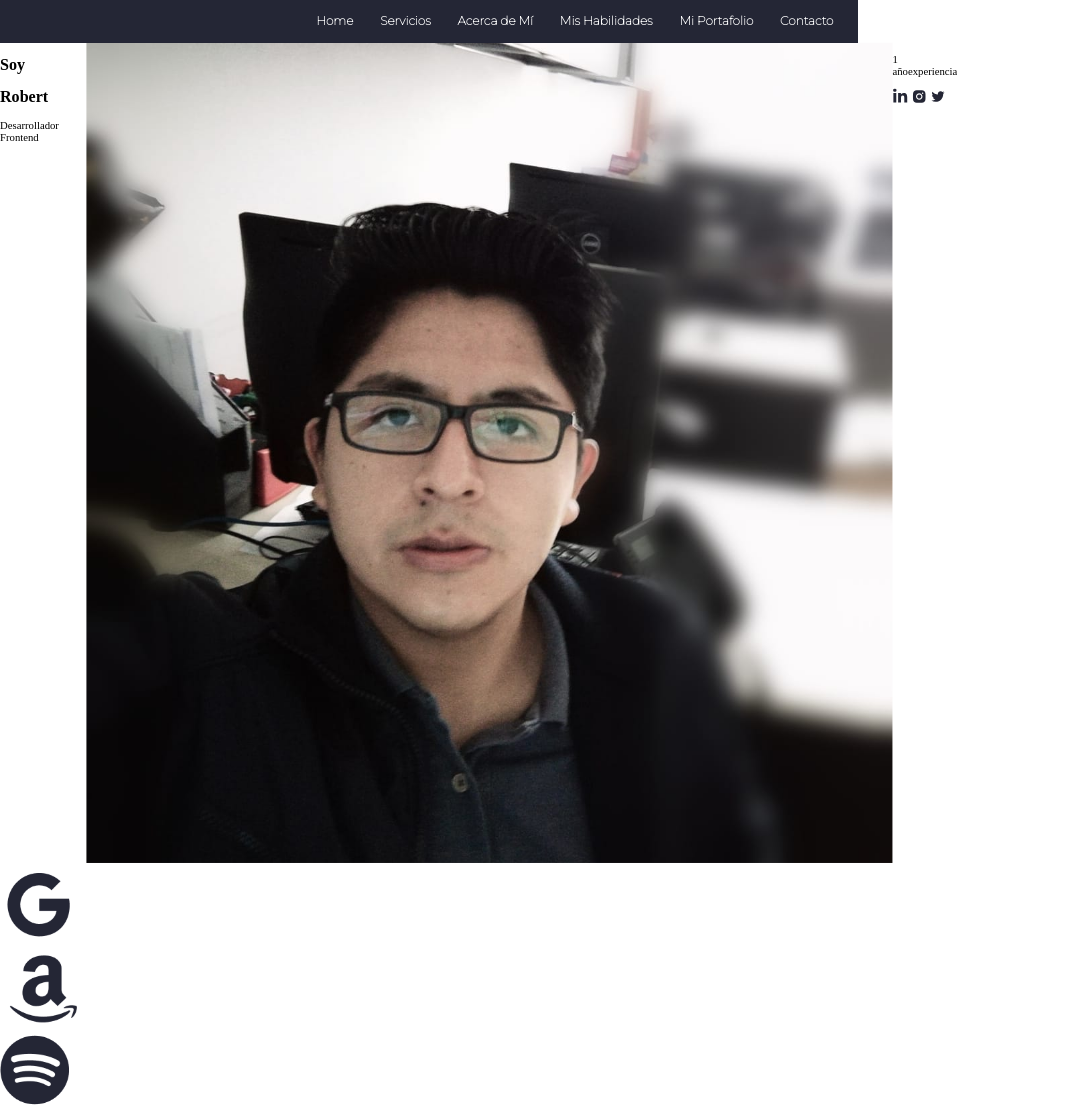
Repository: RobertAries28/PortafolioRobertEscalanteGomez2022
Page: index.html
These files come from the project's save history. The page is drawn as it stood at one moment and after the next save; the edit follows.
The browser window is 1280 px wide. The page is 1429 px wide, then 1629 px, so the pictures cover 1629 px, including what lies to the right of the window. The pictures show the whole page, at 67% of full size.

Above is the page before, as saved 2022-02-15 10:42:12.

After the next save:
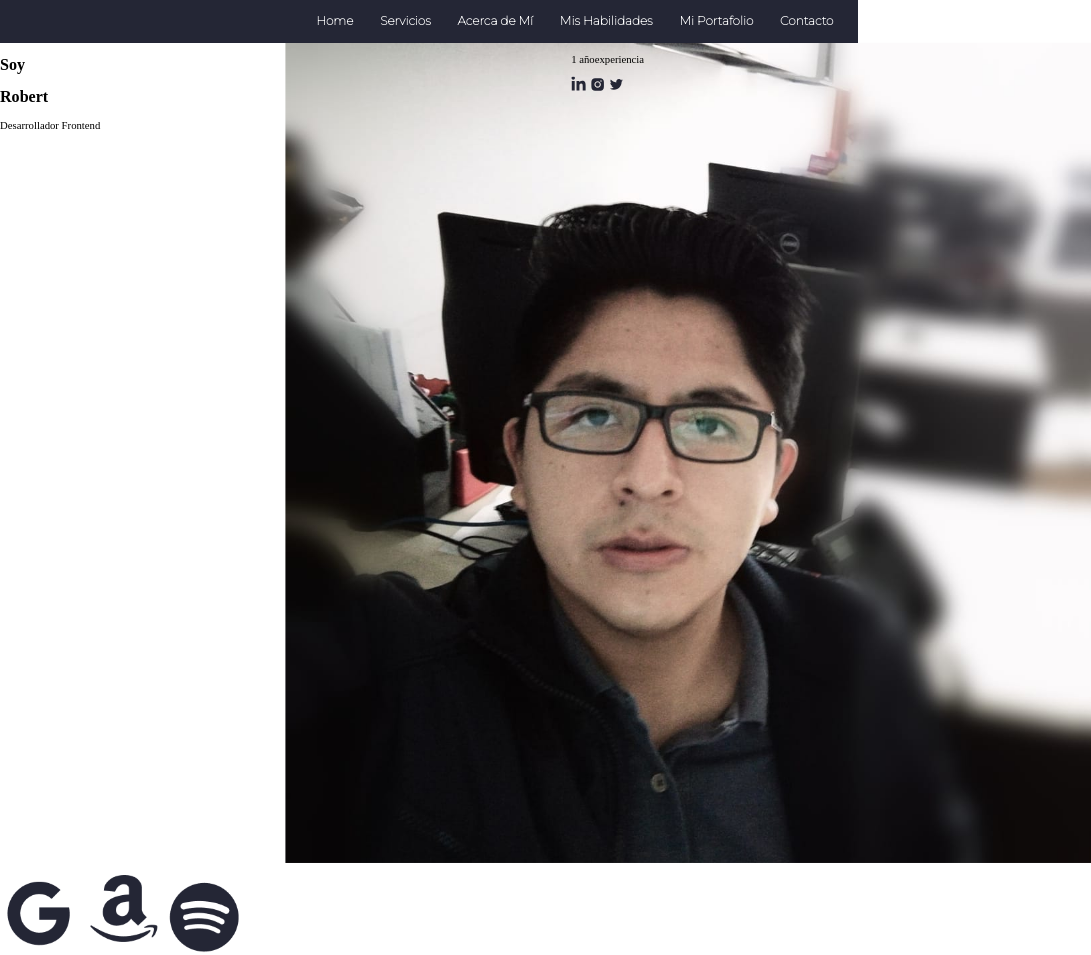
Saved 27 s later.
--- a/estilos.css
+++ b/estilos.css
@@ -47,7 +47,7 @@
 
 section{
     display: grid;
-    grid-template-columns: repeat(3,auto);
+    grid-template-columns: repeat(3,33.3%);
     grid-template-rows: repeat(3,auto);
 }
 
